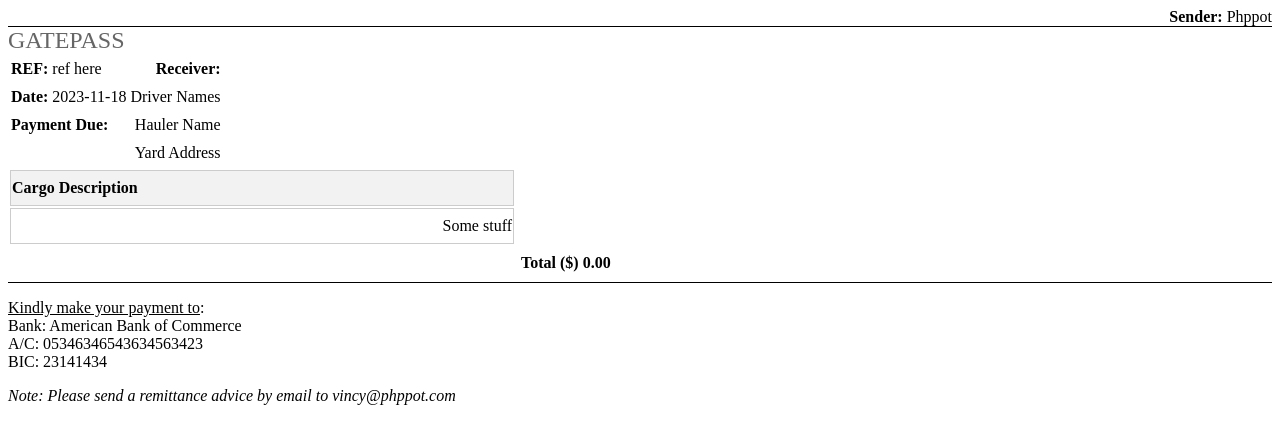
Repository: scoshield/yms
Page: resources/views/admin/appointments/gatepass.blade.php
The author's editor kept a copy of each file at every save. The page is drawn from the files as they stood at one save, then again after the next save.
The browser window is 1280 px wide. The pictures show the whole page.
The page is served by the project's Laravel application, run on PHP 8.4 with Laravel 8. Other server files are loaded and not shown. The template is opened directly, without the code that normally fills it, so the values that code supplies are empty.

Above is the page before, as saved 2023-11-19 13:50:56.

### routes/web.php
<?php

use App\Http\Controllers\HomeController;
use Illuminate\Support\Facades\Auth;
use Illuminate\Support\Facades\Route;

define('BASE_URL', env('APP_URL'));

Route::redirect('/', BASE_URL.'/login');
Route::redirect('/home', BASE_URL.'/admin');
Auth::routes(['register' => false]);

// Profile Routes
Route::prefix('profile')->name('profile.')->middleware('auth')->group(function () {
    Route::get('/', [HomeController::class, 'getProfile'])->name('detail');
    Route::post('/update', [HomeController::class, 'updateProfile'])->name('update');
    Route::post('/change-password', [HomeController::class, 'changePassword'])->name('change-password');
});

Route::group(['prefix' => 'admin', 'as' => 'admin.', 'namespace' => 'Admin', 'middleware' => ['auth']], function () {
    Route::get('/', 'HomeController@index')->name('home');
    // Permissions
    Route::delete('permissions/destroy', 'PermissionsController@massDestroy')->name('permissions.massDestroy');
    Route::resource('permissions', 'PermissionsController');

    // Roles
    Route::delete('roles/destroy', 'RolesController@massDestroy')->name('roles.massDestroy');
    Route::resource('roles', 'RolesController');

    // Users
    Route::delete('users/destroy', 'UsersController@massDestroy')->name('users.massDestroy');
    Route::resource('users', 'UsersController');

    // Services
    Route::delete('services/destroy', 'ServicesController@massDestroy')->name('services.massDestroy');
    Route::resource('services', 'ServicesController');

    // Employees
    Route::delete('employees/destroy', 'EmployeesController@massDestroy')->name('employees.massDestroy');
    Route::post('employees/media', 'EmployeesController@storeMedia')->name('employees.storeMedia');
    Route::resource('employees', 'EmployeesController');

    // Clients
    Route::delete('clients/destroy', 'ClientsController@massDestroy')->name('clients.massDestroy');
    Route::resource('clients', 'ClientsController');

    // Appointments
    Route::post('appointments/admit', 'AppointmentsController@admit')->name('appointments.admit');
    Route::post('appointments/printpass', 'AppointmentsController@printpass')->name('appointments.printpass');
    Route::delete('appointments/destroy', 'AppointmentsController@massDestroy')->name('appointments.massDestroy');
    Route::resource('appointments', 'AppointmentsController');

    // Loading Bay
    Route::post('loadingbay/start', 'LoadingBayController@start')->name('loadingbay.start');
    Route::post('loadingbay/finish', 'LoadingBayController@finish')->name('loadingbay.finish');
    Route::delete('loadingbay/destroy', 'LoadingBayController@massDestroy')->name('loadingbay.massDestroy');
    Route::resource('loadingbay', 'LoadingBayController');

    // SystemCalendar
    Route::get('system-calendar', 'SystemCalendarController@index')->name('systemCalendar');

    // Department
    Route::delete('departments/destroy', 'DepartmentController@massDestroy')->name('departments.massDestroy');
    Route::post('departments/media', 'DepartmentController@storeMedia')->name('departments.storeMedia');
    Route::resource('departments', 'DepartmentController');

    // Yard
    Route::delete('yards/destroy', 'YardController@massDestroy')->name('yards.massDestroy');
    Route::post('yards/media', 'YardController@storeMedia')->name('yards.storeMedia');
    Route::resource('yards', 'YardController');

    // Hauler
    Route::delete('haulers/destroy', 'HaulerController@massDestroy')->name('haulers.massDestroy');
    Route::post('haulers/media', 'HaulerController@storeMedia')->name('haulers.storeMedia');
    Route::resource('haulers', 'HaulerController');

    // Inventory items
    Route::delete('inventory_items/destroy', 'InventoryItemController@massDestroy')->name('inventory_items.massDestroy');
    Route::post('inventory_items/media', 'InventoryItemController@storeMedia')->name('inventory_items.storeMedia');
    Route::resource('inventory_items', 'InventoryItemController');
});

### resources/views/admin/appointments/gatepass.blade.php
<!DOCTYPE html>
<html>
<head>
    <title>GatePass</title>
</head>
<body>
<div style="text-align:right;">
        <b>Sender:</b> Phppot
    </div>
    <div style="text-align: left;border-top:1px solid #000;">
        <div style="font-size: 24px;color: #666;">GATEPASS</div>
    </div>

    <table style="line-height: 1.5;">
        <tr>
            <td><b>REF:</b> ref here</td>
            <td style="text-align:right;"><b>Receiver:</b></td>
        </tr>
        <tr>
            <td><b>Date:</b> 2023-11-18</td>
            <td style="text-align:right;">Driver Names</td>
        </tr>
        <tr>
            <td><b>Payment Due:</b></td>
            <td style="text-align:right;">Hauler Name</td>
        </tr>
        <tr>
            <td></td>
            <td style="text-align:right;">Yard Address</td>
        </tr>
    </table>

    <div></div>
    <div style="border-bottom:1px solid #000;">
        <table style="line-height: 2;">
            <thead>
                <tr style="font-weight: bold;border:1px solid #cccccc;background-color:#f2f2f2;">
                    <td style="border:1px solid #cccccc;width:200px;">Cargo Description</td>
                    {{-- <td style = "text-align:right;border:1px solid #cccccc;width:85px">Price ($)</td>
                    <td style = "text-align:right;border:1px solid #cccccc;width:75px;">Quantity</td>
                    <td style = "text-align:right;border:1px solid #cccccc;">Subtotal ($)</td> --}}
                </tr>
            </thead>

            <tbody>
                <tr>
                    <td style = "text-align:right;border:1px solid #cccccc;width:500px">Some stuff</td>
                    {{-- <td></td>
                    <td></td>
                    <td></td> --}}
                </tr>
            </tbody>

            <tfoot>
                <tr style = "font-weight: bold;">
                    <td></td>
                    <td></td>
                    <td style = "text-align:right;">Total ($)</td>
                    <td style = "text-align:right;">0.00</td>
                </tr>
            </tfoot>
        </table>
    </div>

    <p>
        <u> Kindly make your payment to</u>:<br/>
            Bank: American Bank of Commerce<br/>
            A/C: 05346346543634563423<br/>
            BIC: 23141434<br/>
    </p>

    <p><i>Note: Please send a remittance advice by email to vincy@phppot.com</i></p>
</body>
</html>

Loaded but not shown: app/Http/Controllers/Auth/LoginController.php (common file); app/Http/Controllers/Controller.php (common file)

After the next save:
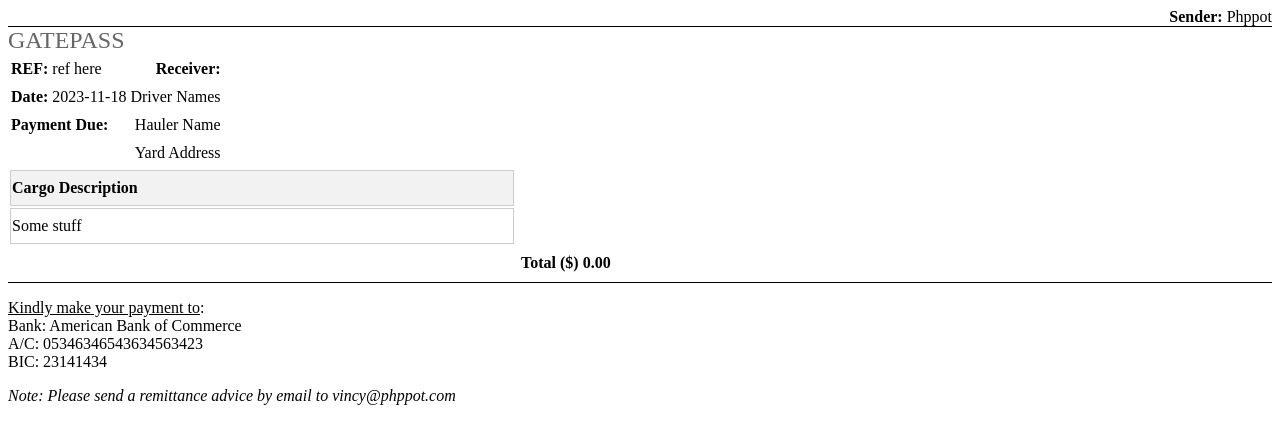
Saved 17 s later.
--- a/resources/views/admin/appointments/gatepass.blade.php
+++ b/resources/views/admin/appointments/gatepass.blade.php
@@ -44,7 +44,7 @@
 
             <tbody>
                 <tr>
-                    <td style = "text-align:right;border:1px solid #cccccc;width:500px">Some stuff</td>
+                    <td style = "border:1px solid #cccccc;width:500px">Some stuff</td>
                     {{-- <td></td>
                     <td></td>
                     <td></td> --}}
